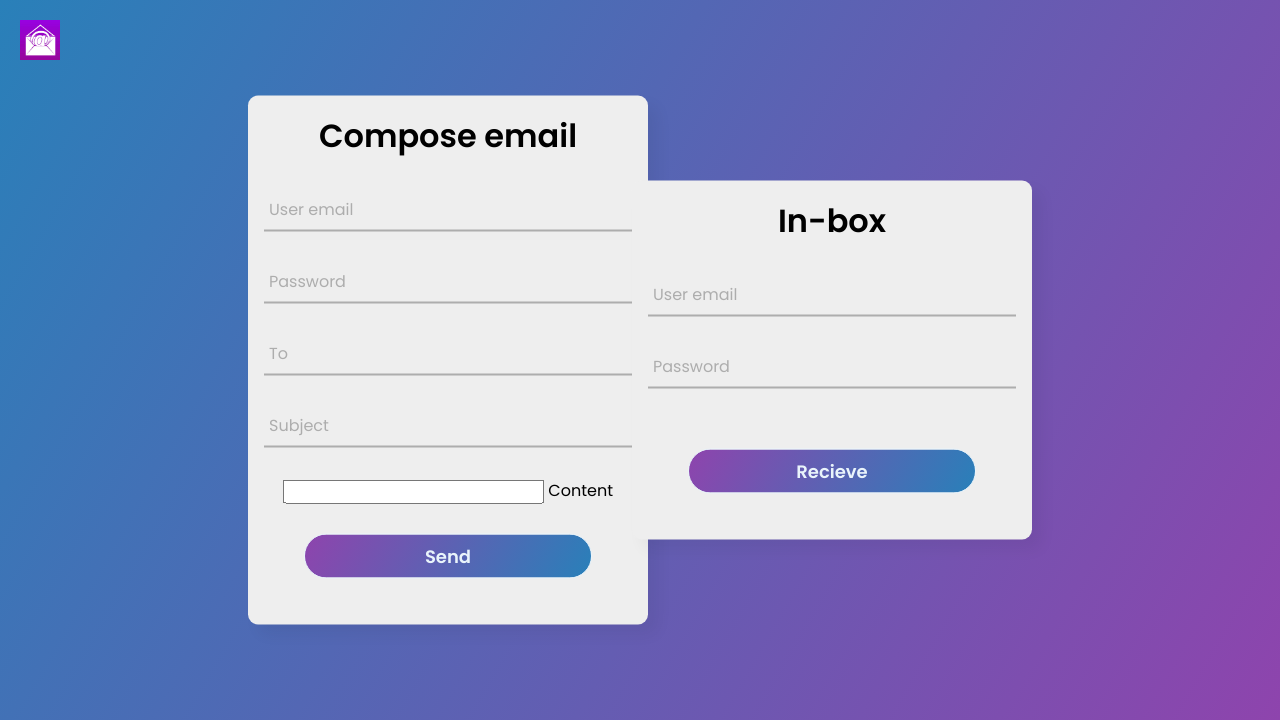
Repository: 20PW01-Abishek/Mail-EZ-in-JAVA
Page: Java package/javapackage/src/main/webapp/index.html
An editor plug-in stored every save of this project. The page is shown before and after a run of saves, followed by the edit.
The browser window is 1280 px wide. The pictures show the whole page.

Above is the page before, as saved 2022-11-07 13:36:40.

### Java package/javapackage/src/main/webapp/index.html
<!DOCTYPE html>
<html>
<head>
<meta charset="ISO-8859-1">
<link rel="stylesheet" href="style1.css">
<link rel="icon" type="image/x-icon" href="logo.png">
<title>email-compose</title>
</head>
<body>
	<a href=""><img style="margin: 20px;height: 40px;width: 40px;" src="logo.png"></a>
	<div class="parent">
		<div class="center1">
	      <h1>Compose email</h1>
	      <form action="compose" method="post" id="send">
	        <div class="txt_field">
	          <input type="text" name="from_email" required>
	          <span></span>
	          <label>User email</label>
	        </div>
	        <div class="txt_field">
	          <input type="password" name="from_password" required>
	          <span></span>
	          <label>Password</label>
	        </div>
	        <div class="txt_field">
	          <input type="text" name="to_email" required>
	          <span></span>
	          <label>To</label>
	        </div>
	        <div class="txt_field">
	          <input type="text" name="subject" required>
	          <span></span>
	          <label>Subject</label>
	        </div>
	        <div class="txt_field2">
	          <input type="text" name="content" required>
	          <span></span>
	          <label>Content</label>
	        </div>
	        <input type="submit" value="Send">
	      </form>
		</div>
		<div class="center2">
			<h1>In-box</h1>
	      	<form action="recieve" method="post" id="recieve">
	        	<div class="txt_field">
	          		<input type="text" name="from_email" required>
	          		<span></span>
	          		<label>User email</label>
	        	</div>
	        	<div class="txt_field">
		          <input type="password" name="from_password" required>
		          <span></span>
		          <label>Password</label>
	        	</div>
	      		<input type="submit" value="Recieve">
	      </form>
	    </div>
    </div>
</body>
</html>

### Java package/javapackage/src/main/webapp/style1.css
@import url('https://fonts.googleapis.com/css2?family=Noto+Sans:wght@700&family=Poppins:wght@400;500;600&display=swap');
*{
  margin: 0;
  padding: 0;
  box-sizing: border-box;
  font-family: "Poppins", sans-serif;
}
body{
  margin: 0;
  padding: 0;
  background: linear-gradient(120deg,#2980b9, #8e44ad);
  height: 100vh;
  overflow: hidden;
}

.parent{
	text-align: center;
}

.center1{
  padding: 1rem 1rem;
  vertical-align: middle;
  position: absolute;
  top: 50%;
  left: 35%;
  transform: translate(-50%, -50%);
  width: 400px;
  background: #eee;
  border-radius: 10px;
  box-shadow: 10px 10px 15px rgba(0,0,0,0.05);
}

.center2{
  padding: 1rem 1rem;
  vertical-align: middle;
  position: absolute;
  top: 50%;
  left: 65%;
  transform: translate(-50%, -50%);
  width: 400px;
  background: #eee;
  border-radius: 10px;
  box-shadow: 10px 10px 15px rgba(0,0,0,0.05);
}

.center h1{
  text-align: center;
  padding: 20px 0;
  border-bottom: 1px solid silver;
}
.center form{
  padding: 0 40px;
  box-sizing: border-box;
}
form .txt_field{
  position: relative;
  border-bottom: 2px solid #adadad;
  margin: 30px 0;
}
.txt_field input{
  width: 100%;
  padding: 0 5px;
  height: 40px;
  font-size: 16px;
  border: none;
  background: none;
  outline: none;
}
.txt_field label{
  position: absolute;
  top: 50%;
  left: 5px;
  color: #adadad;
  transform: translateY(-50%);
  font-size: 16px;
  pointer-events: none;
  transition: .5s;
}
.txt_field span::before{
  content: '';
  position: absolute;
  top: 40px;
  left: 0;
  width: 0%;
  height: 2px;
  background: #2691d9;
  transition: .5s;
}
.txt_field input:focus ~ label,
.txt_field input:valid ~ label{
  top: -5px;
  color: #2691d9;
}
.txt_field input:focus ~ span::before,
.txt_field input:valid ~ span::before{
  width: 100%;
}

input[type="submit"]{
  width: 78%;
  height: 45px;
  border: 1px solid;
  background: linear-gradient(120deg,#8e44ad, #2980b9);
  border-radius: 25px;
  font-size: 18px;
  color: #e9f4fb;
  font-weight: 700;
  cursor: pointer;
  outline: none;
  margin: 30px;
}
input[type="submit"]:hover{
  border-width: medium;
  border-color: #2980b9;
  transition: 1s;
}

After the next 2 saves:
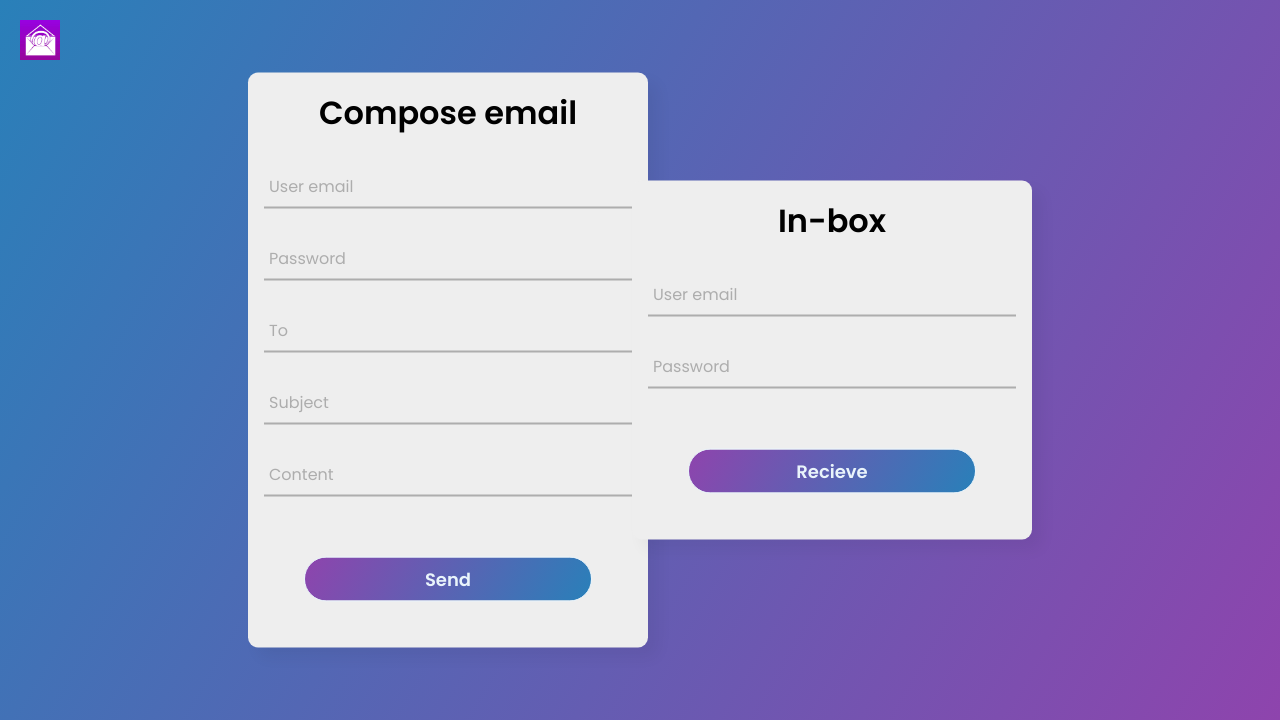
The 2 saves are shown as one change because they came seconds apart.
The last was saved 19 s later.
--- a/Java package/javapackage/src/main/webapp/index.html
+++ b/Java package/javapackage/src/main/webapp/index.html
@@ -32,7 +32,7 @@
 	          <span></span>
 	          <label>Subject</label>
 	        </div>
-	        <div class="txt_field2">
+	        <div class="txt_field">
 	          <input type="text" name="content" required>
 	          <span></span>
 	          <label>Content</label>
